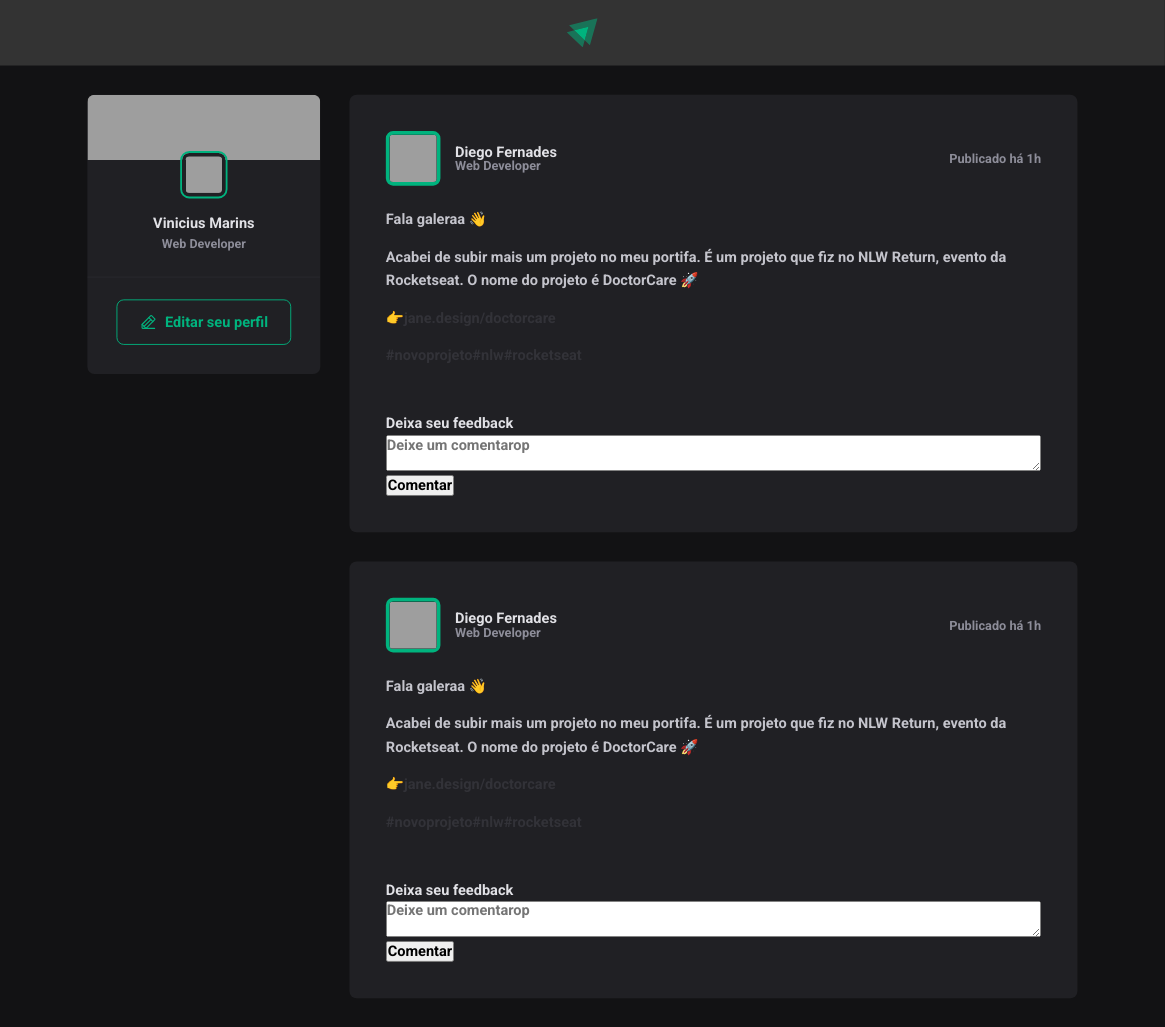
Repository: viniimartins/reactFundamentosRocketseat
Page: /
An editor plug-in stored every save of this project. The page is shown before and after the next save, followed by the edit.
The browser window is 1280 px wide. The pictures show the whole page, at 91% of full size.
Pictures or frames that could not be fetched are drawn as grey boxes. The project was rebuilt for these pictures with package versions that can differ from the ones it lists, and the page was loaded fresh each time. Also part of the build but not shown: vite.config.js.

Above is the page before, as saved 2023-04-29 23:10:18.

### index.html
<!DOCTYPE html>
<html lang="en">
  <head>
    <meta charset="UTF-8" />

    <link rel="preconnect" href="https://fonts.googleapis.com">
    <link rel="preconnect" href="https://fonts.gstatic.com" crossorigin>

    <link rel="icon" type="image/svg+xml" href="/vite.svg" />
    <meta name="viewport" content="width=device-width, initial-scale=1.0" />


    <link href="https://fonts.googleapis.com/css2?family=Montserrat&family=Roboto:wght@700&display=swap" rel="stylesheet">


    <title>Vite + React</title>
  </head>
  <body>
    <div id="root"></div>
    <script type="module" src="/src/main.jsx"></script>
  </body>
</html>

### src/App.jsx
import { Header } from './Components/Header'
import { Post } from './Components/Post'

import './global.css'


import styles from './App.module.css'
import { Sidebar } from './Components/Sidebar'

function App() {
  return (
    <>
      <div>
        <Header />


        <div className={styles.wrapper}>
          <Sidebar />
          <main>
            <Post
              author="Gabriel"
              content="Lorem ipsum dolor sit amet consectetur adipisicing elit. Asperiores aut, accusamus quasi hic earum blanditiis adipisci reiciendis enim eaque facilis doloribus, iusto incidunt! Aliquid ut debitis temporibus eius placeat autem!"
            />
            <Post
              author="Gabriel"
              content="Lorem ipsum dolor sit amet consectetur adipisicing elit. Asperiores aut, accusamus quasi hic earum blanditiis adipisci reiciendis enim eaque facilis doloribus, iusto incidunt! Aliquid ut debitis temporibus eius placeat autem!"
            />
          </main>
        </div>
      </div>

    </>
  )

}

export default App

### src/Components/Header.jsx
import styles from './Header.module.css';
import igniteLogo from '../assets/ignite-logo.svg'

export function Header() {
    return (
        <header className={styles.header}>
            <img src={igniteLogo}></img>
        </header>
    );
}

### src/Components/Post.jsx
import styles from './Post.module.css'

export function Post() {
    return (
        <article className={styles.post}>
            <header>
                <div className={styles.author}>
                    <img className={styles.avatar} src="https://avatars.githubusercontent.com/u/84347013?v=4" />
                    <div className={styles.authorInfo}>
                        <strong>Diego Fernades</strong>
                        <span>Web Developer</span>
                    </div>
                </div>
                <time title="11 de Maio ás 08:13" dateTime="2022-05-11 08:13:30">Publicado há 1h</time>
            </header>


            <div className={styles.content}>
                <p> Fala galeraa 👋</p>
                <p>Acabei de subir mais um projeto no meu portifa. É um projeto que fiz no NLW Return, evento da Rocketseat. O nome do projeto é DoctorCare 🚀</p>
                <p>👉<a href="">jane.design/doctorcare</a></p>
                <p>
                    <a href="">#novoprojeto</a>{''}
                    <a href="">#nlw</a>{''}
                    <a href="">#rocketseat</a>
                </p>
            </div>

            <form className={styles.commentForm}>
                <strong>Deixa seu feedback</strong>

                <textarea
                    placeholder='Deixe um comentarop'
                />

                <button type="submit">Comentar</button>
            </form>
        </article>
    )
}

### src/global.css
:root {
  --white: #fff;

  --gray-100: #e1e1e6;
  --gray-300: #c4c4cc;
  --gray-400: #8d8d99;
  --gray-500: #323238;
  --gray-700: #29292e;
  --gray-800: #202024;
  --gray-900: #121214;

  --green-500: #00b37e;
  --green-300: #00875f;
}

* {
  margin: 0;
  padding: 0;
  box-sizing: border-box;
}

body {
  background: var(--gray-900);
  color: var(--gray-300);
  -webkit-font-smoothing: antialiased;
}

body,
input,
textarea,
button {
  font-family: "Roboto", sans-serif;
  font-weight: 400;
  font-size: 1rem;
}

### src/Components/Sidebar.jsx
import { PencilLine } from "phosphor-react";

import styles from './Sidebar.module.css'

export function Sidebar() {
    return (
        <aside className={styles.sidebar}>
            <img
                className={styles.cover}
                src="https://images.unsplash.com/photo-1587620962725-abab7fe55159?ixlib=rb-4.0.3&ixid=MnwxMjA3fDB8MHxwaG90by1wYWdlfHx8fGVufDB8fHx8&auto=format&fit=crop&w=500&q=50"
            />
            <div className={styles.profile}>
                <img
                    className={styles.avatar}
                    src="https://avatars.githubusercontent.com/u/84347013?v=4"
                />
                <strong>Vinicius Marins</strong>
                <span>Web Developer</span>
            </div>

            <footer>
                <a href="#">
                    <PencilLine size={20} />
                    Editar seu perfil</a>
            </footer>
        </aside>
    )
}

### src/Components/Header.module.css
.header {
    background: #333;
    display: flex;
    justify-content: center;
    padding: 1.25rem 0
}

.header img {
    height: 2rem;
}

### src/Components/Post.module.css
.post {
  background: var(--gray-800);
  border-radius: 8px;
  padding: 2.5rem;
}

.post + .post {
  margin-top: 2rem;
}

.content {
  line-height: 1.6;
  color: var(--gray-300);
  margin-top: 1.5rem;
}

.content p {
  margin-top: 1rem;
}

.content a {
  font-weight: bold;
  color: var(--gray-500);
  text-decoration: none;
}

.content a:hover {
  color: var(--gray-300);
}

.post > header {
  display: flex;
  align-items: center;
  justify-content: space-between;
}

.post > header time {
  font-size: 0.875rem;
  color: var(--gray-400);
}

.author {
  display: flex;
  align-items: center;
  gap: 1rem;
}

.author img {
  width: calc(3rem + 12px);
  height: calc(3rem + 12px);
  border-radius: 8px;
  border: 4px solid var(--gray-800);
  border: 4px solid var(--green-500);
}

.authorInfo strong {
  display: block;
  color: var(--gray-100);
  line-height: 1;
}

.authorInfo span {
  display: block;
  font-size: 0.875rem;
  color: var(--gray-400);
  line-height: 1;
}

.commentForm {
  width: 100%;
  margin-top: 1.5rem;
  padding-top: 1.5rem;
  border-top: 1px solid var(--gray-600);
}


.commentForm > strong {
  line-height: 1.6;
  color: var(--gray-100);
}

.commentForm textarea {
  width: 100%;
}

### src/Components/Sidebar.module.css
.sidebar {
  background: var(--gray-800);
  border-radius: 8px;
  overflow: hidden;
}

.cover {
  width: 100%;
  height: 72px;
  object-fit: cover;
}

.profile {
  display: flex;
  flex-direction: column;
  align-items: center;

  margin-top: calc(0px - 1.5rem - 6px);
}

.profile strong {
  margin-top: 1rem;
  color: var(--gray-100);
  line-height: 1.6;
}

.profile span {
  font-size: 0.857rem;
  color: var(--gray-400);
  line-height: 1.6;
}

.avatar {
  width: 3rem;
  height: 3rem;
  border-radius: 8px;
  border: 4px solid var(--gray-800);
  outline: 2px solid var(--green-500);

  margin-top: calc(1.5rem - 6px);
}

.sidebar footer {
  border-top: 1px solid var(--gray-700);
  margin-top: 1.5rem;
  padding: 1.5rem 2rem 2rem;
}

.sidebar footer a {
  background: transparent;
  color: var(--green-500);
  border: 1px solid var(--green-500);
  border-radius: 8px;
  height: 50px;
  padding: 0 1.5rem;
  font-weight: bold;
  display: block;
  text-decoration: none;

  display: flex;
  align-items: center;
  justify-content: center;

  gap: 0.5rem;

  transition: color 0.1s, background-color 0.1s;
}

.sidebar footer a:hover {
  background: var(--green-500);
  color: var(--white);
}

Loaded but not shown: src/main.jsx (common file); src/App.module.css (common file)

After the next save:
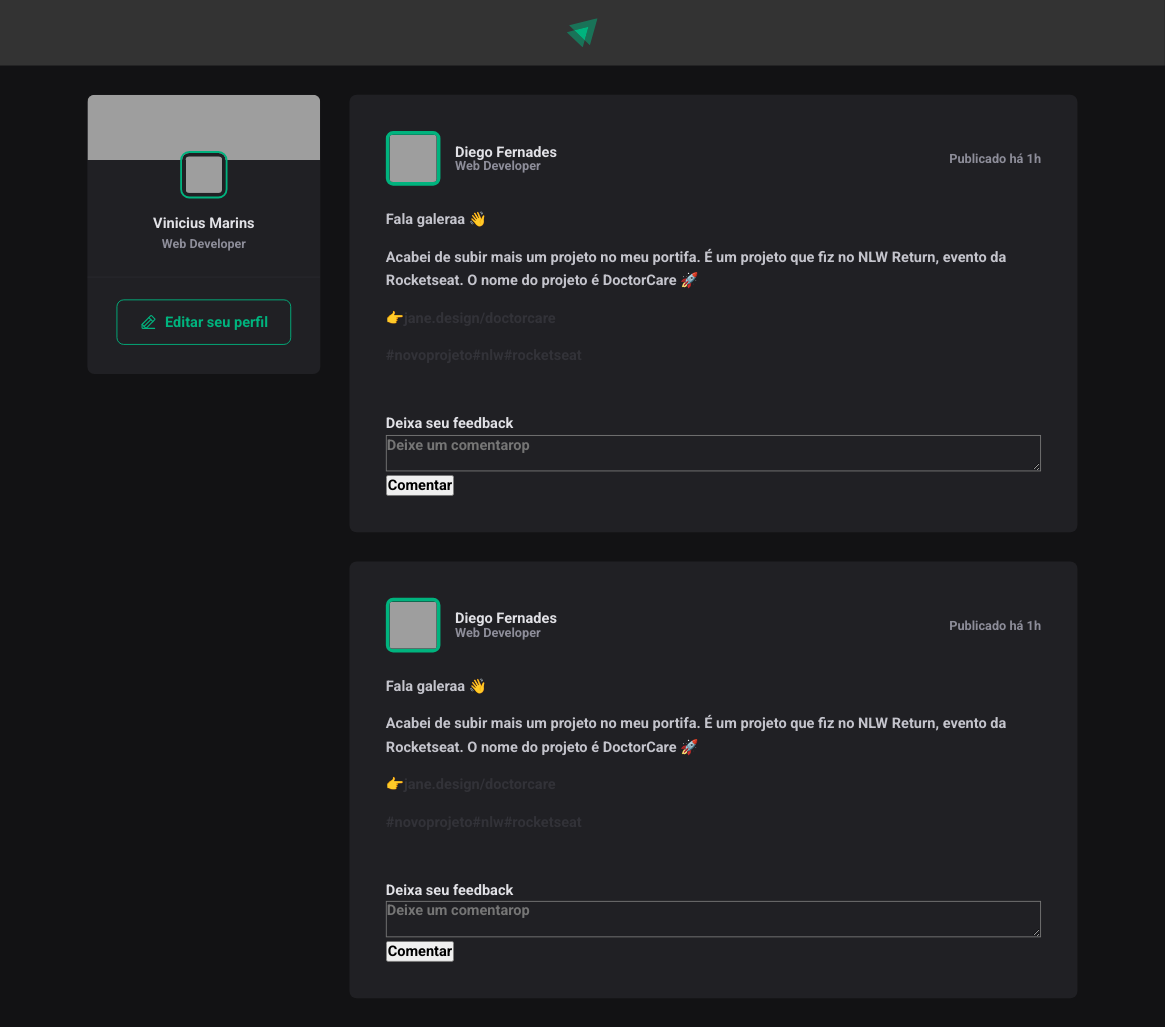
Saved 10 s later.
--- a/src/Components/Post.module.css
+++ b/src/Components/Post.module.css
@@ -81,4 +81,5 @@
 
 .commentForm textarea {
   width: 100%;
+  background-color: var(--gray-)
 }
